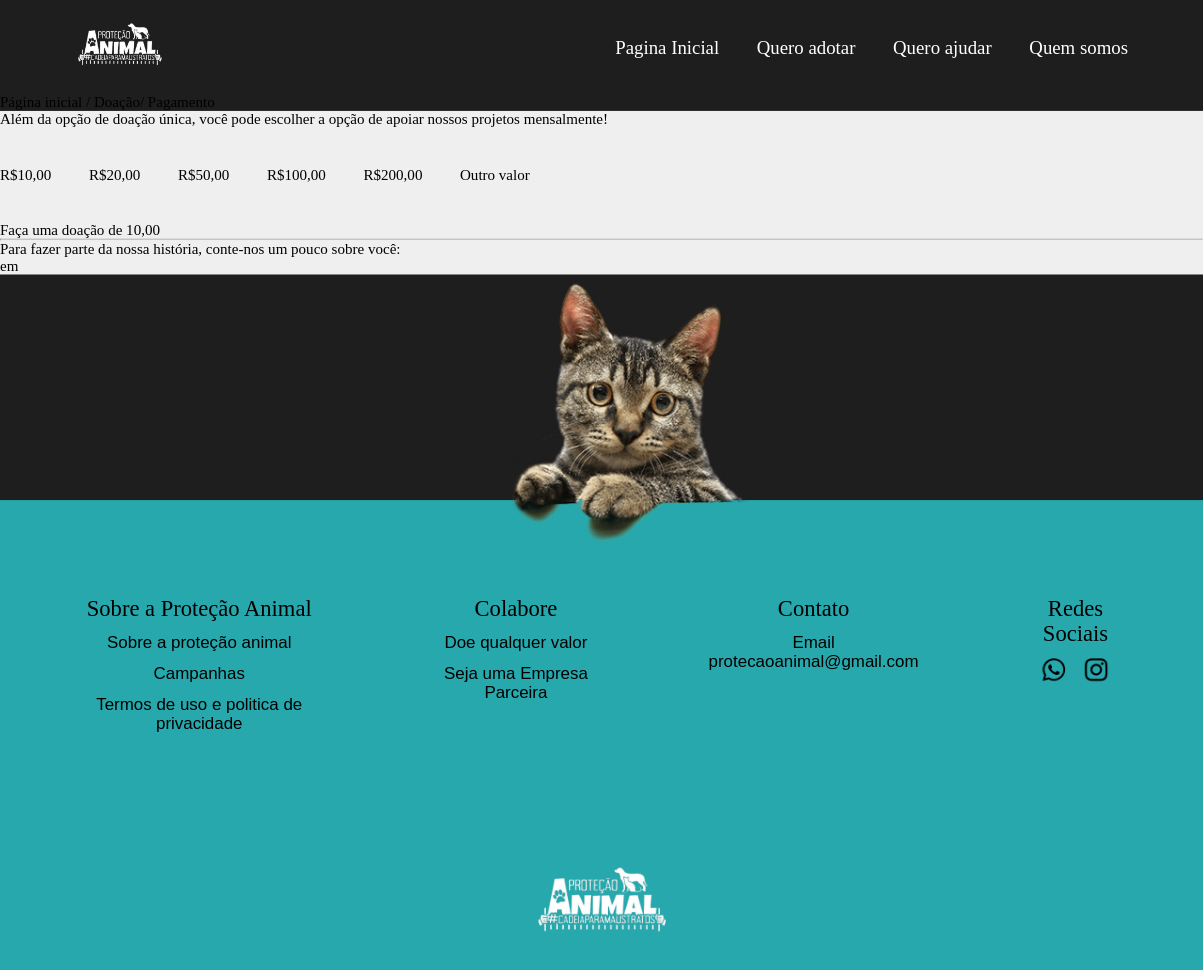
Repository: edjunior-nascimento/protecao-animal-web
Page: src/pages/formulario-doacao/index.html
The author's editor kept a copy of each file at every save. The page is drawn from the files as they stood at one save, then again after a run of saves.
The browser window is 1280 px wide. The pictures show the whole page, at 94% of full size.

Above is the page before, as saved 2025-02-22 03:09:45.

### src/pages/formulario-doacao/index.html
<!DOCTYPE html>
<html lang="pt">

<head>
    <meta charset="UTF-8">
    <meta name="viewport" content="width=device-width, initial-scale=1.0">
    <title>Proteção Animal</title>
    <link rel="preconnect" href="https://fonts.googleapis.com" />
    <link rel="preconnect" href="https://fonts.gstatic.com" crossorigin />
    <meta name="viewport" content="width=device-width, initial-scale=1.0" />
    <link rel="stylesheet" href="./style.css" />
    <link>
</head>

<body>
    <header>
        <div><img class="logo" src="/src/pages/images/logo.png" alt="logo Protecao animal" /></div>
        <nav>
            <ul>
                <li>
                    <a href="#">
                        <p>Pagina Inicial</p>
                    </a>
                </li>
                <li>
                    <a href="#">
                        <p>Quero adotar</p>
                    </a>
                </li>
                <li>
                    <a href="#">
                        <p>Quero ajudar</p>
                    </a>
                </li>
                <li>
                    <a href="#">
                        <p>Quem somos</p>
                    </a>
                </li>
            </ul>
        </nav>
    </header>
    <div>
        <div class="title">
            <p>Página inicial / Doação/ Pagamento</p>
        </div>
        <main class="container">
            <div class="sub-title">
                <p>Além da opção de doação única, você pode escolher a opção de apoiar nossos projetos mensalmente!</p>
            </div>
            <div class="valor">
                <div class="parcela">

                </div>
                <div class="cota">

                </div>
                <nav>
                    <ul>
                        <li><span>R$10,00</span></li>
                        <li><span>R$20,00</span></li>
                        <li><span>R$50,00</span></li>
                        <li><span>R$100,00</span></li>
                        <li><span>R$200,00</span></li>
                        <li><span>Outro valor</span></li>
                    </ul>
                </nav>
                <div class="res"><span>Faça uma doação de 10,00</span></div>
            </div>
            <hr>
            <div class="cad">
                <div class="sub-title">
                    <p>Para fazer parte da nossa história, conte-nos um pouco sobre você:</p>
                </div>
                <div class="dados">
                    em
                </div>
            </div>
    </div>
    </main>
    <div class="gato"><img src="/src/pages/images/gato.png" alt=""></div>
    <footer>
        <div class="footer-container">
            <div class="footer-primary">
                <div class="footer-section-1">
                    <div>
                        <h4>Sobre a Proteção Animal</h4>
                    </div>
                    <div>
                        <p><a href="">Sobre a proteção animal</a></p>
                    </div>
                    <div>
                        <p><a href="">Campanhas</a></p>
                    </div>
                    <div>
                        <p><a href="">Termos de uso e politica de privacidade</a></p>
                    </div>
                </div>
                <div class="footer-section-2">
                    <div>
                        <h4>Colabore</h4>
                    </div>
                    <div>
                        <p><a href="">Doe qualquer valor</a></p>
                    </div>
                    <div>
                        <p><a href="">Seja uma Empresa Parceira</a></p>
                    </div>
                </div>
                <div class="footer-section-3">
                    <div>
                        <h4>Contato</h4>
                    </div>
                    <div>
                        <p>Email</p>
                        <p><a href="mailto:protecaoanimal@gmail.com">protecaoanimal@gmail.com</a></p>
                    </div>
                </div>
                <div class="footer-section-4">
                    <div>
                        <h4>Redes Sociais</h4>
                    </div>
                    <div class="social-icons">
                        <div>
                            <a href=""><img src="/src/pages/images/whatsAppIcon.png" alt="" /></a>
                        </div>
                        <div>
                            <a href=""><img src="/src/pages/images/instagramIcon.png" alt="" /></a>
                        </div>
                    </div>
                </div>
            </div>
        </div>
        <div class="footer-secondary">
            <img src="/src/pages/images/logo.png" alt="" />
        </div>
    </footer>
</body>

</html>

### src/pages/formulario-doacao/style.css
:root {
    --main-bg-color: #1e1e1e;
    --title-color: #27a8ad;
    --subtitle-color: #ffffff;
    --box-color: #ffffff;
    --link-nav-color: #ffffff;
    --card-title-color: #27a8ad;
    --footer-background: #27a8ad;
    --footer-font-color: #000000;
    --maim-color: #EFEFEF;
  }

  * {
    height: max-content;
    font-family: "Jockey One", serif;
    font-style: normal;
    margin: 0px;
    padding: 0px;
  }

  body {
    background-color: var(--main-bg-color);

  }

  a {
    text-decoration: none;
  }

  header {
    height: 100px;
    display: flex;
    flex-direction: row;
    justify-content: space-between;
    padding-inline: 80px
  }
  header div {
    display: flex;
    align-items: center;
  }
  .logo {
    height: 95px;
    width: auto;
  }
  nav {
    width: auto;
    height: 100px;
    display: flex;
    align-items: center;
  }

  nav ul {
    list-style-type: none;
    display: flex;
    gap: 40px;
  }

  nav ul li a {
    color: var(--link-nav-color);
    font-size: 20px;
    font-weight: 400;
  }
main {
  background-color:var(--maim-color) ;
}





  .gato {
    margin-left: 42%;
    margin-bottom: -25px;
    height: 265px;
    max-width: auto;}

  footer {
    height: 500px;
    max-height: auto;
    background-color: var(--footer-background);
    padding-inline: 80px;
  }

  .footer-container {
      width: auto;
      height: 70%;
      display: flex;
      align-items: center;
      justify-content: center;
  }

  .footer-primary {
    display: flex;
    flex-direction: row;
    gap: 111px;
    align-items: flex-start;
    justify-content: center;
  }

  .footer-primary p a {
      color: var(--footer-font-color);
      font-family: "Arial", sans-serif;
  }

  .footer-primary h4 {
    font-size: 24px;
    font-weight: 400;
  }

  .footer-primary p {
      font-size: 18px;
      font-weight: 400;
      font-family: "Arial", sans-serif;
  }

  .footer-secondary {
    width: auto;
    height: 30%;
    display: flex;
    align-items: center;
    justify-content: center;
  }

  .footer-secondary img {
      height: 145px;
      width: auto
  }

  .footer-section-1, .footer-section-2, .footer-section-3, .footer-section-4 {
      display: flex;
      flex-direction: column;
      text-align: center;
      gap: 12px;
  }

  .footer-section-4 {
      align-items: center;
  }

  .social-icons {
      display: flex;
      flex-direction: row;
      gap: 20px;
  }

After the next 3 saves:
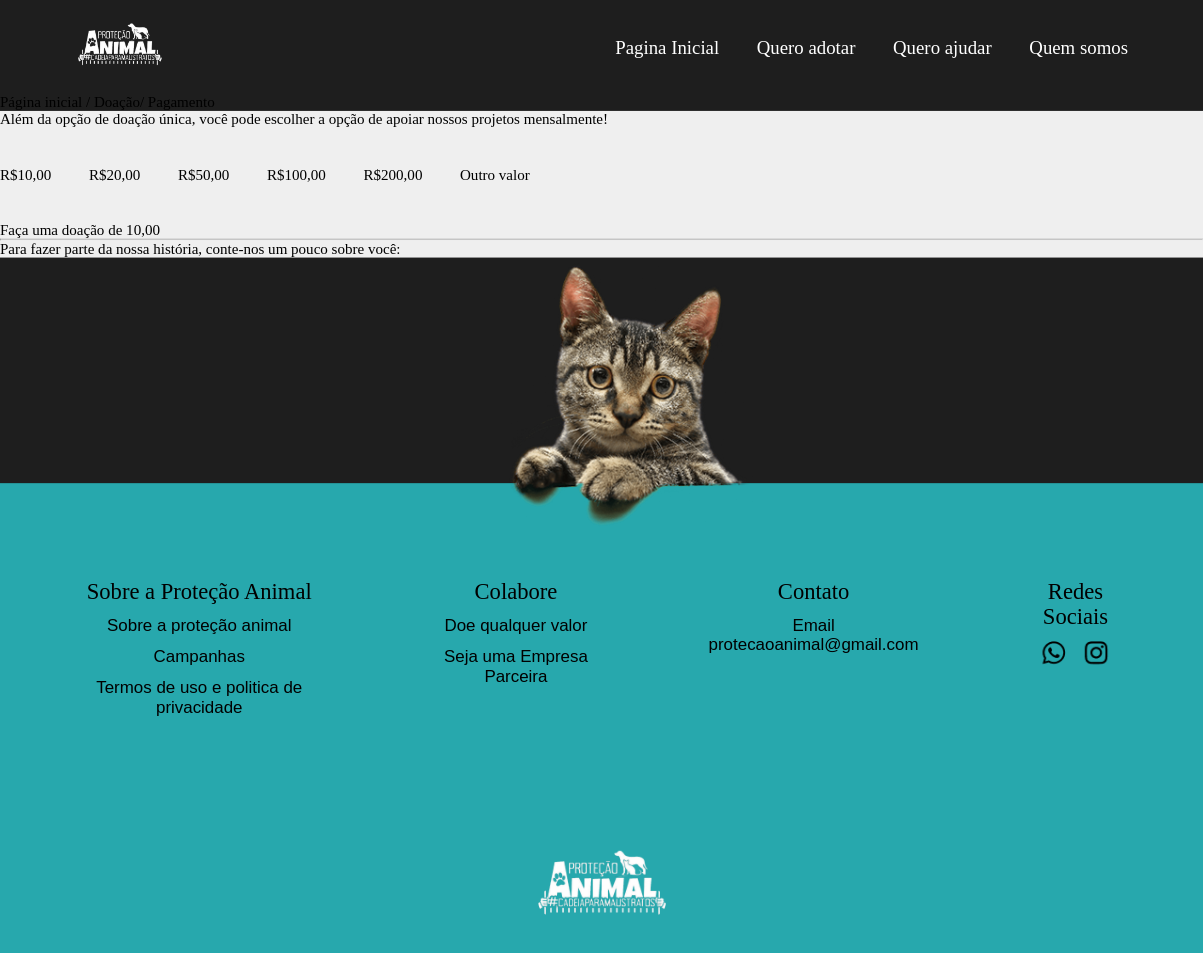
The 3 saves are shown as one change because they came seconds apart.
The last was saved 13 s later.
--- a/src/pages/formulario-doacao/index.html
+++ b/src/pages/formulario-doacao/index.html
@@ -73,7 +73,7 @@
                     <p>Para fazer parte da nossa história, conte-nos um pouco sobre você:</p>
                 </div>
                 <div class="dados">
-                    em
+
                 </div>
             </div>
     </div>

After the 2 saves that followed:
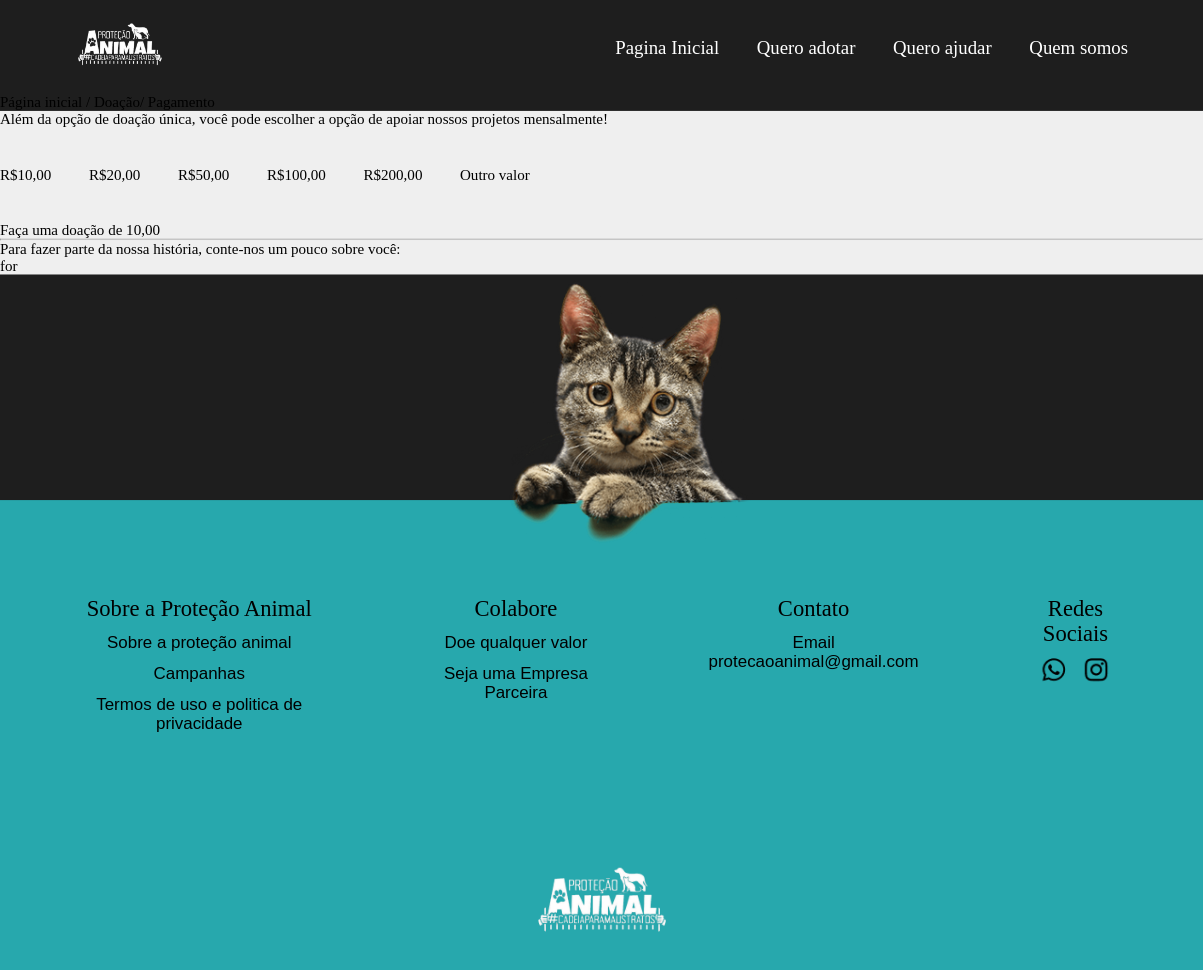
The 2 saves are shown as one change because they came seconds apart.
The last was saved 9 min 58 s later.
--- a/src/pages/formulario-doacao/index.html
+++ b/src/pages/formulario-doacao/index.html
@@ -73,7 +73,7 @@
                     <p>Para fazer parte da nossa história, conte-nos um pouco sobre você:</p>
                 </div>
                 <div class="dados">
-
+                    for
                 </div>
             </div>
     </div>
